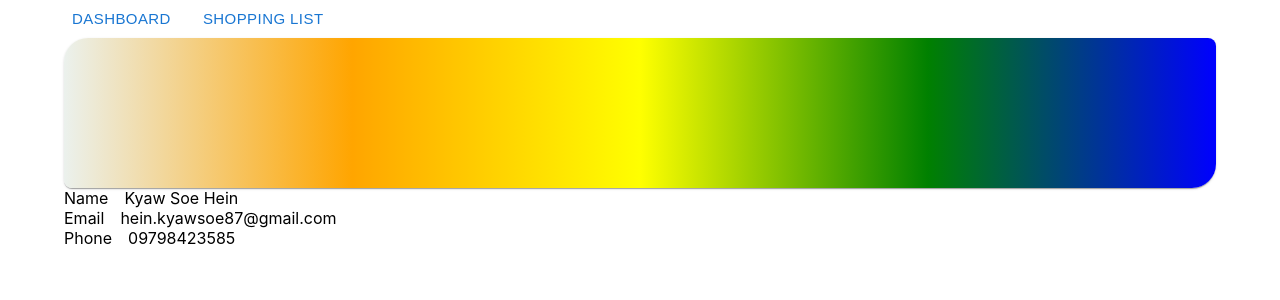
Repository: KyawSoeHein/GoogleAuthReact
Page: /
The author's editor kept a copy of each file at every save. The page is drawn from the files as they stood at one save, then again after the next save.
The browser window is 1280 px wide. The pictures show the whole page.
The project was rebuilt for these pictures with package versions that can differ from the ones it lists, and the page was loaded fresh each time. Also part of the build but not shown: src/App.css.

Above is the page before, as saved 2022-02-14 19:27:51.

After the next save:
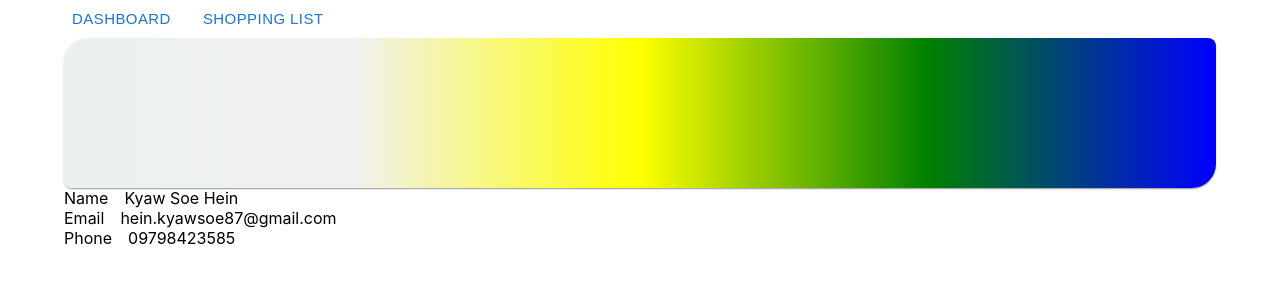
Saved 24 s later.
--- a/src/Components/CoverAndProfilePhoto.tsx
+++ b/src/Components/CoverAndProfilePhoto.tsx
@@ -13,7 +13,7 @@ const CoverAndProfilePhoto = () => {
         borderBottomLeftRadius: 8,
         borderBottomRightRadius: 24,
         background:
-          "linear-gradient(to right, rgb(235,241,237), orange, yellow, green, blue)",
+          "linear-gradient(to right, rgb(235,241,237), rgb(241,241,244), yellow, green, blue)",
       }}
     ></Paper>
   );
